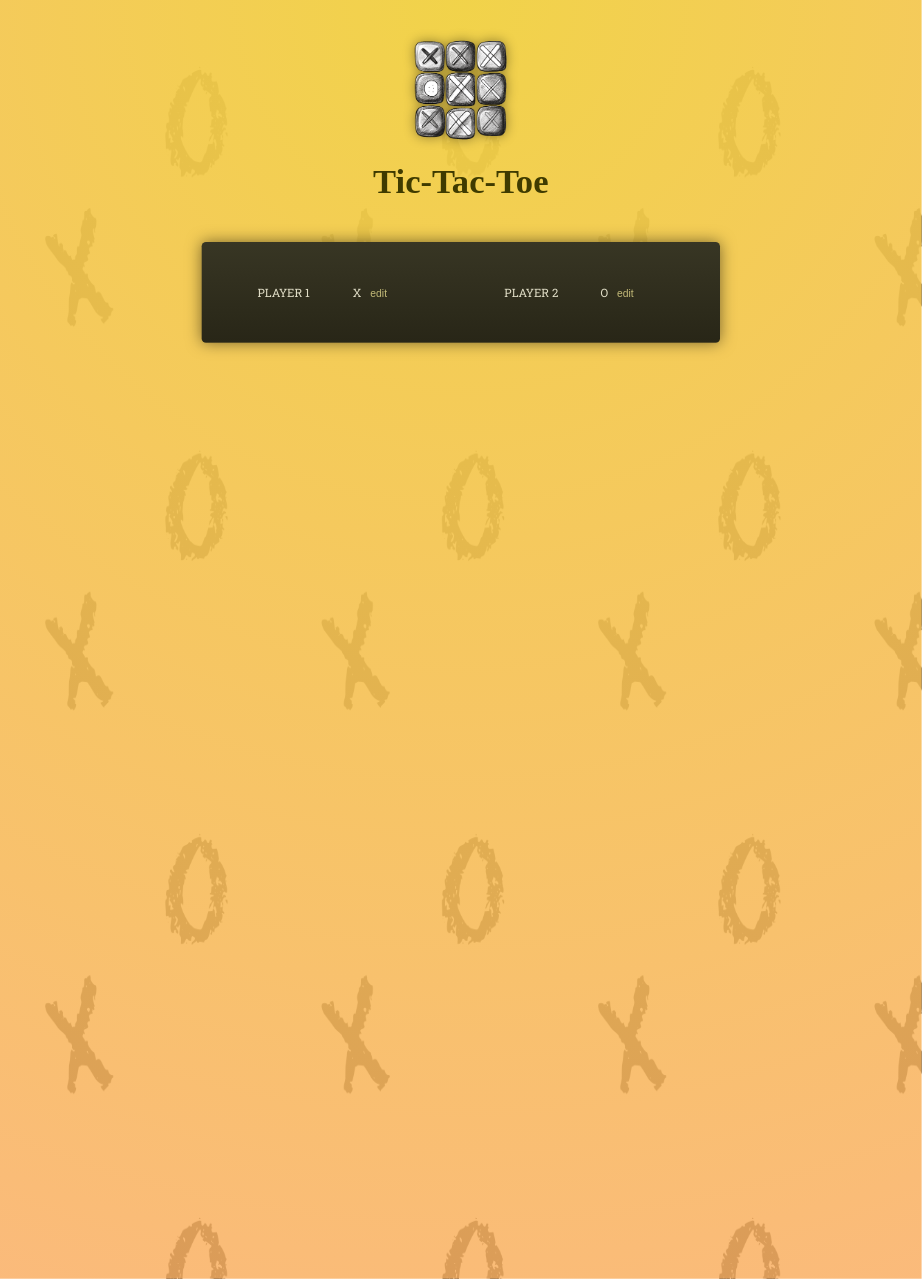
Repository: nithilprasathk/tic-tac-toe
Page: /
An editor plug-in stored every save of this project. The page is shown before and after a run of saves, followed by the edit.
The browser window is 1280 px wide. The pictures show the whole page, at 72% of full size.
Some web fonts or font styles are not loaded; a fallback is used. The project was rebuilt for these pictures with package versions that can differ from the ones it lists, and the page was loaded fresh each time. Also part of the build but not shown: vite.config.js.

Above is the page before, as saved 2024-02-02 18:10:41.

After the next 2 saves:
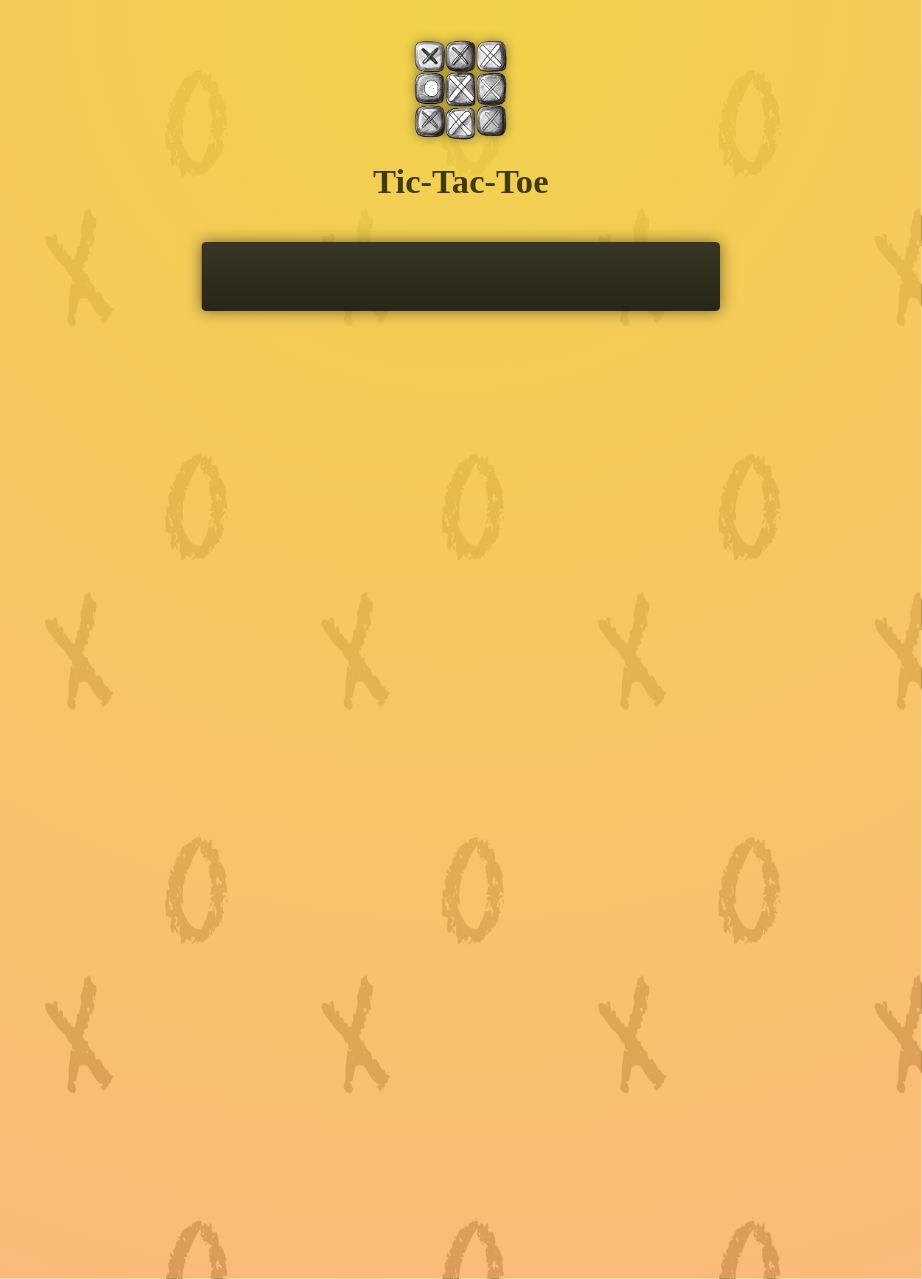
The 2 saves are shown as one change because they came seconds apart.
The last was saved 5 s later.
--- a/src/components/Player.jsx
+++ b/src/components/Player.jsx
@@ -4,7 +4,8 @@
     function handleEdit(){
         setEditing(true);
     }
-    let playerName = <span className="player-name">{name}</span>
+    let playerName = <span className="player-name">{name}</span>;
+    if(isEditing)
     return(
 
         <li>

After the 3 saves that followed:
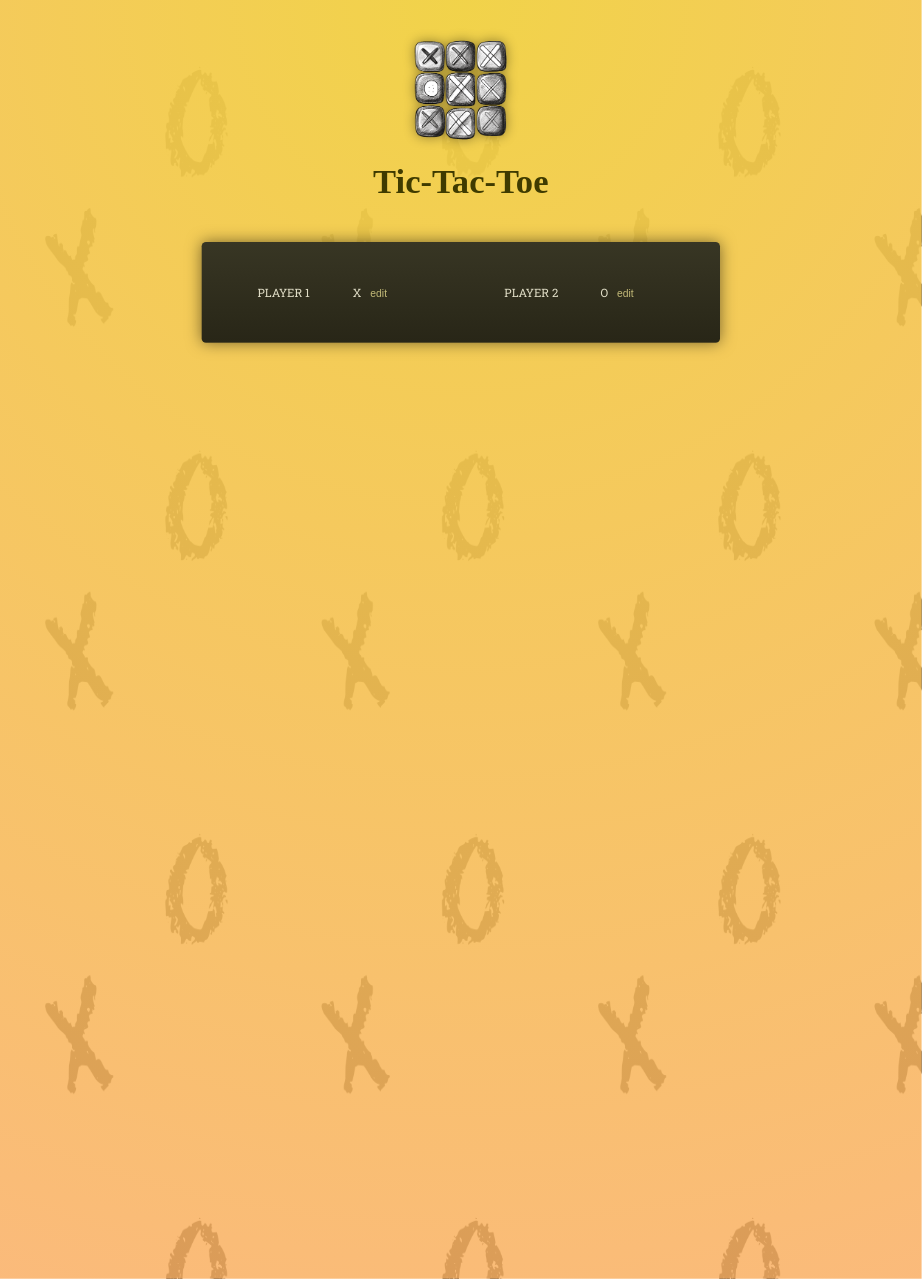
The 3 saves are shown as one change because 1 left the picture as it was and some came seconds apart.
The last was saved 12 s later.
--- a/src/components/Player.jsx
+++ b/src/components/Player.jsx
@@ -5,7 +5,7 @@
         setEditing(true);
     }
     let playerName = <span className="player-name">{name}</span>;
-    if(isEditing)
+    if(isEditing) playerName = <input type="text" required></input>
     return(
 
         <li>
